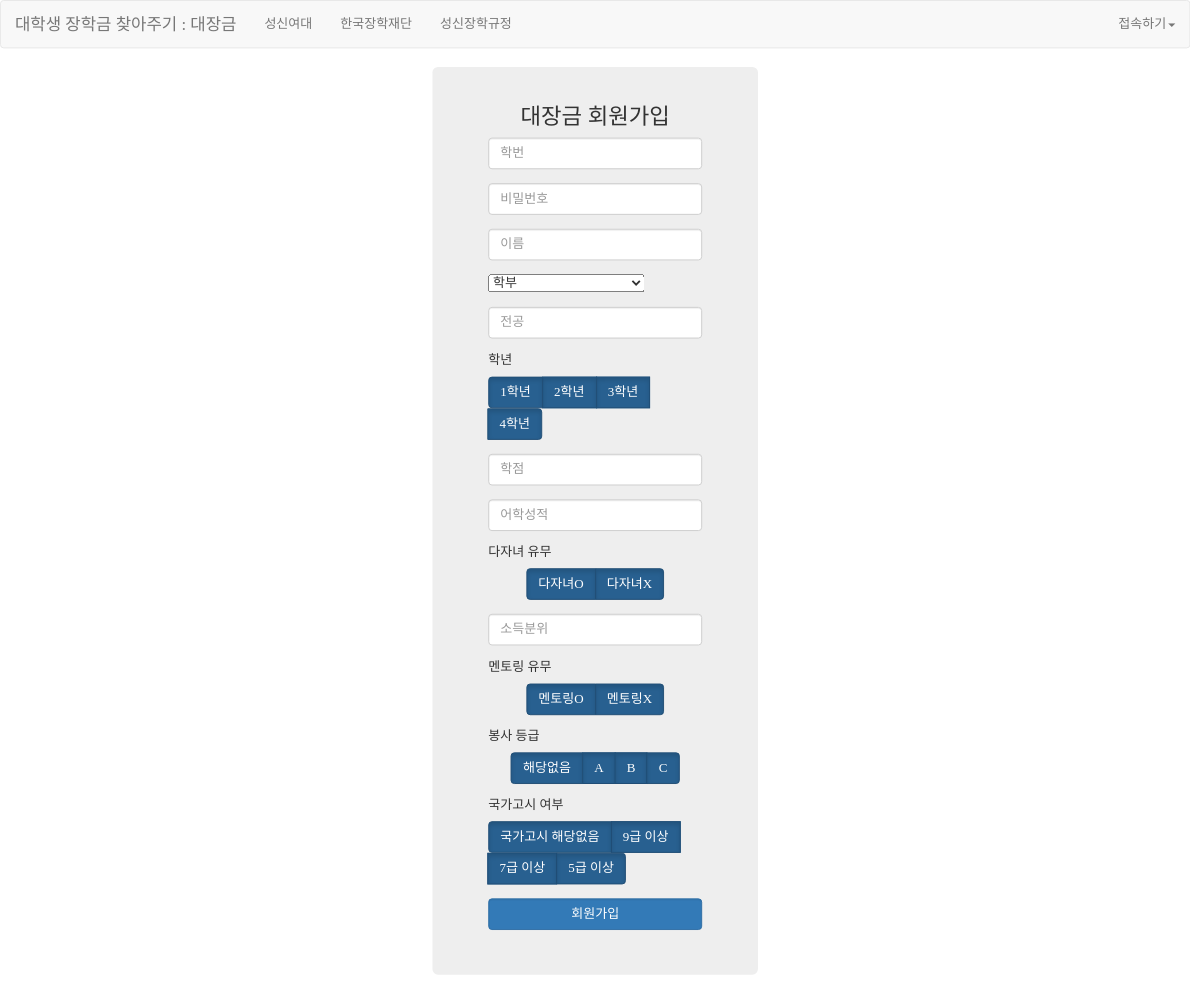
Repository: jiwon-214/DJG
Page: http://localhost/DJG/join.jsp
These files come from the project's save history. The page is drawn as it stood at one moment and after the next save; the edit follows.
The browser window is 1280 px wide. The pictures show the whole page, at 93% of full size.
Some web fonts or font styles are not loaded; a fallback is used. Some web libraries are served in a nearby version. The page is served by Tomcat 9. Other server files are loaded and not shown.

Above is the page before, as saved 2022-01-04 20:29:31.

### DJG/WebContent/join.jsp
<%@ page language="java" contentType="text/html; charset=UTF-8"
    pageEncoding="UTF-8"%>
<!DOCTYPE html>
<html>
<head>
<meta charset="UTF-8">
<meta name = "viewport" content = "width=divice-width", initial-scale="1">
<link rel = "stylesheet" href = "css/bootstrap.css">
<link rel = "stylesheet" href = "css/custom.css">
<title>대장금</title>
</head>
<body>
	<nav class ="navbar navbar-default">
		<div class = "navbar-header">
			<button type = "button" class = "navbar-toggle collapsed"
				data-toggle = "collapse" data-target = "#bs-example-navbar-collapse-1"
				aria-expanded="false">
				<span class = "icon-bar"></span>
				<span class = "icon-bar"></span>
				<span class = "icon-bar"></span>
			</button>
			<a class="navbar-brand" href = "main.jsp">대학생 장학금 찾아주기 : 대장금</a>
		</div>
		<div class="collapse navbar-collapse" id="bs-example-navbar-collapse-1">
			<ul class = "nav navbar-nav">
				<li><a href="https://portal.sungshin.ac.kr/sso/login.jsp">성신여대</a></li>
				<li><a href="http://www.kosaf.go.kr/">한국장학재단</a></li>
				<li><a href="https://rule.sungshin.ac.kr/service/law/lawView.do?seq=95&historySeq=0&gubun=cur&tree=part">성신장학규정</a></li>
			</ul>
			<ul class="nav navbar-nav navbar-right">
				<li class="dropdown">
					<a href="#" class="dropdown-toggle"
						data-toggle="dropdown" role="button" aria-haspopup="true"
						aria-expanded="false">접속하기<span class="caret"></span></a>
					<ul class="dropdown-menu">
						<li><a href = "login.jsp">로그인 </a></li>
						<li class="active"><a href="join.jsp">회원가입</a></li>
					</ul>
				</li>
			</ul>
		</div>
	</nav>
	<div class="container">
      <div class="col-lg-4"></div>
      <div class="col-lg-4">
         <div class="jumbotron" style="padding-top:20px;">
            <form method="post" action="joinAction.jsp">
               <h3 style="text-align:center;">대장금 회원가입</h3>
               <div class="form-group">
                  <input type="text" class="form-control" placeholder="학번" name="userID" maxlength="10">
               </div>
               <div class="form-group">
                  <input type="password" class="form-control" placeholder="비밀번호" name="userPassword" maxlength="20">
               </div>
               <div class="form-group">
                  <input type="text" class="form-control" placeholder="이름" name="userName" maxlength="20">
               </div>
               <div class="form-group">
               <select name="dept" onchange="changeDpt(this)">
                        <option value="none" selected disabled>학부</option>
                        <option value="인문과학대학">인문과학대학</option>
                        <option value="사회과학대학">사회과학대학</option>
                        <option value="법과대학">법과대학</option>
                        <option value="자연과학대학">자연과학대학</option>
                        <option value="지식서비스공과대학">지식서비스공과대학</option>
                        <option value="간호대학">간호대학</option>
                        <option value="Health&WellnessCollege">Health&Wellness College</option>
                        <option value="뷰티생활산업국제대학">뷰티 생활산업 국제대학</option>
                        <option value="사범대학">사범대학</option>
                        <option value="미술대학">미술대학</option>
                        <option value="음악대학">음악대학</option>
                        <option value="융합문화예술대학">융합 문화 예술 대학</option>
               </select>
				</div>
				<%--
				<div class="form-group">
                    <select name="userMajor" id="userMajor">
                        <option selected disabled>학과</option>
                    </select>
                </div>
                --%>
               <div class="form-group">
                  <input type="text" class="form-control" placeholder="전공" name="userMajor" maxlength="20">
               </div>

               <h5>학년</h5>
               <div class="form-group" style="text-align:center;">
                  <div class="btn-group" data-toggle="buttons">
                     <label class="btn btn-primary active">
                        <input type = "radio" name="userYear" autocomplete="off" value="1" checked>1학년
                     </label>
                     <label class="btn btn-primary active">
                        <input type = "radio" name="userYear" autocomplete="off" value="2">2학년
                     </label>
                     <label class="btn btn-primary active">
                        <input type = "radio" name="userYear" autocomplete="off" value="3">3학년
                     </label>
                     <label class="btn btn-primary active">
                        <input type = "radio" name="userYear" autocomplete="off" value="4">4학년
                     </label>
                  </div>
               </div>

               <div class="form-group">
                  <input type="text" class="form-control" placeholder="학점" name="userGrade" maxlength="10">
               </div>

               <div class="form-group">
                  <input type="text" class="form-control" placeholder="어학성적" name="userLgrade" maxlength="10">
               </div>

               <h5>다자녀 유무</h5>
               <div class="form-group" style="text-align:center;">
                  <div class="btn-group" data-toggle="buttons">
                     <label class="btn btn-primary active">
                        <input type = "radio" name ="userMchild" autocomplete="off" value="cO" checked>다자녀O
                     </label>
                     <label class="btn btn-primary active">
                        <input type = "radio" name ="userMchild" autocomplete="off" value="cX">다자녀X
                     </label>
                  </div>
               </div>
               <div class="form-group">
                  <input type="text" class="form-control" placeholder="소득분위" name="userIncome" maxlength="10">
               </div>

               <h5>멘토링 유무</h5>
               <div class="form-group" style="text-align:center;">
                  <div class="btn-group" data-toggle="buttons">
                     <label class="btn btn-primary active">
                        <input type="radio" name="userMentor" autocomplete="off" value="mO" checked>멘토링O
                     </label>
                     <label class="btn btn-primary active">
                        <input type = "radio" name="userMentor" autocomplete="off" value="mX">멘토링X
                     </label>
                  </div>
               </div>

               <h5>봉사 등급</h5>
               <div class="form-group" style="text-align:center;">
                  <div class="btn-group" data-toggle="buttons">
                     <label class="btn btn-primary active">
                        <input type="radio" name="userVol" autocomplete="off" value="Vx" checked>해당없음
                     </label>
                     <label class="btn btn-primary active">
                        <input type="radio" name="userVol" autocomplete="off" value="Va">A
                     </label>
                     <label class="btn btn-primary active">
                        <input type="radio" name="userVol" autocomplete="off" value="Vb">B
                     </label>
                     <label class="btn btn-primary active">
                        <input type="radio" name="userVol" autocomplete="off" value="Vc">C
                     </label>
                  </div>
               </div>

               <h5>국가고시 여부</h5>
               <div class="form-group" style="text-align:center;">
                  <div class="btn-group" data-toggle="buttons">
                     <label class="btn btn-primary active">
                        <input type="radio" name="userExam" autocomplete="off" value="Ex" checked>국가고시 해당없음
                     </label>
                     <label class="btn btn-primary active">
                        <input type="radio" name="userExam" autocomplete="off" value="E9">9급 이상
                     </label>
                     <label class="btn btn-primary active">
                        <input type="radio" name="userExam" autocomplete="off" value="E7">7급 이상
                     </label>
                     <label class="btn btn-primary active">
                        <input type="radio" name="userExam" autocomplete="off" value="E5">5급 이상
                     </label>
                  </div>
               </div>
               <input type="submit" class="btn btn-primary form-control" value="회원가입">
            </form>
         </div>
      </div>
      <div class="col-lg-4"></div>
   </div>
		<div class="col-lg-4"></div>
	</div>

	<script>
    function changeDpt(e) {
        var humanities = ["국어국문학과", "영어영문학과", "독일어문/문화학과", "프랑스어문/문화학과", "일본어문/문화학과", "중국어문/문화학과", "사학과"];
        var historic = ["정치외교학과", "심리학과", "지리학과", "경제학과", "미디어커뮤니케이션학과", "경영학부", "사회복지학과"];
        var law = ["법학부"];
        var nature = ["수리통계 데이터사이언스 학부", "화학/에너지융합학부"];
        var engineering = ["서비스디자인공학과", "융합보안공학과", "컴퓨터공학과", "청정융합에너지공학과", "바이오식품공학과", "바이오생명공학과", "AI융합학부"];
        var nursing = ["간호학과"];
        var health = ["바이오신약의과학부", "바이오헬스융합학부", "스포츠과학부"];
        var beauty = ["의류산업학과", "뷰티산업학과", "소비자생활문화산업학과"];
        var teach = ["교육학과", "사회교육과", "윤리교육과", "한문교육과", "유아교육과"];
        var art = ["동양학과", "서양학과", "조소과", "공예과", "산업디자인과"];
        var music = ["성악과", "기악과", "작곡과"];
        var culture = ["문화예술경영학과", "미디어영상연기학과", "현대실용음악학과", "무용예술학과"];
        var target = document.getElementById("userMajor");

        if (e.value == "인문과학대학") {
            var dept = humanities;
        } else if (e.value == "사회과학대학") {
            var dept = historic;
        } else if (e.value == "법과대학") {
            var dept = law;
        } else if (e.value == "자연과학대학") {
        	var dept = nature;
        } else if (e.value == "지식서비스공과대학") {
        	var dept = engineering;
        } else if (e.value == "간호대학") {
        	var dept = nursing;
        } else if (e.value == "Health&WellnessCollege") {
        	var dept = health;
        } else if (e.value == "뷰티생활산업국제대학") {
        	var dept = beauty;
        } else if (e.value == "사범대학") {
        	var dept = teach;
        } else if (e.value == "미술대학") {
        	var dept = art;
        } else if (e.value == "음악대학") {
        	var dept = music;
        } else if (e.value == "뷰티생활산업국제대학") {
        	var dept = beauty;
        } else {
        	var dept = culture;
        }
        target.options.length = 0;
        for (i in dept) {
            var opt = document.createElement("option");
            opt.value = dept[i];
            opt.innerHTML = dept[i];
            target.appendChild(opt);
        }
    }
</script>
	<script src = "https://code.jquery.com/jquery-3.1.1.min.js"></script>
	<script src = "js/bootstrap.js"></script>
</body>
</html>

### DJG/WebContent/css/custom.css
@import url(http://fonts.googleapis.com/earlyaccess/nanumgothic.css);
@import url(http://fonts.googleapis.com/earlyaccess/hanna.css);
* {
	font-family : 'Nanum Gothic';
}
h1 {
	font-famaily : 'Hanna';
}

Loaded but not shown: DJG/WebContent/css/bootstrap.css (library); DJG/WebContent/js/bootstrap.js (library)

After the next save:
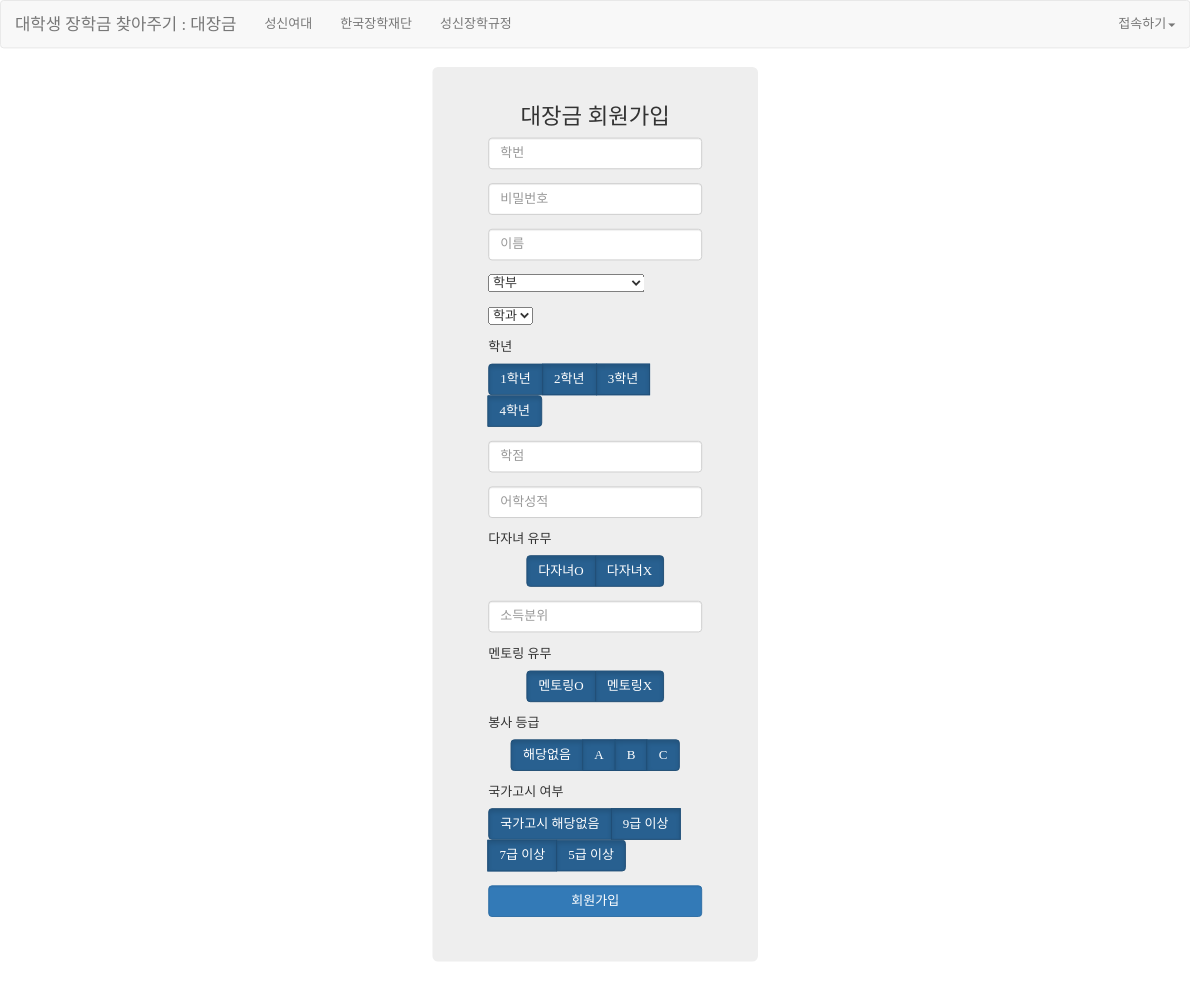
Saved 6 min 40 s later.
--- a/DJG/WebContent/join.jsp
+++ b/DJG/WebContent/join.jsp
@@ -72,17 +72,16 @@
                         <option value="융합문화예술대학">융합 문화 예술 대학</option>
                </select>
 				</div>
-				<%--
 				<div class="form-group">
                     <select name="userMajor" id="userMajor">
                         <option selected disabled>학과</option>
                     </select>
                 </div>
-                --%>
+                <%--
                <div class="form-group">
                   <input type="text" class="form-control" placeholder="전공" name="userMajor" maxlength="20">
                </div>
-
+               --%>
                <h5>학년</h5>
                <div class="form-group" style="text-align:center;">
                   <div class="btn-group" data-toggle="buttons">
